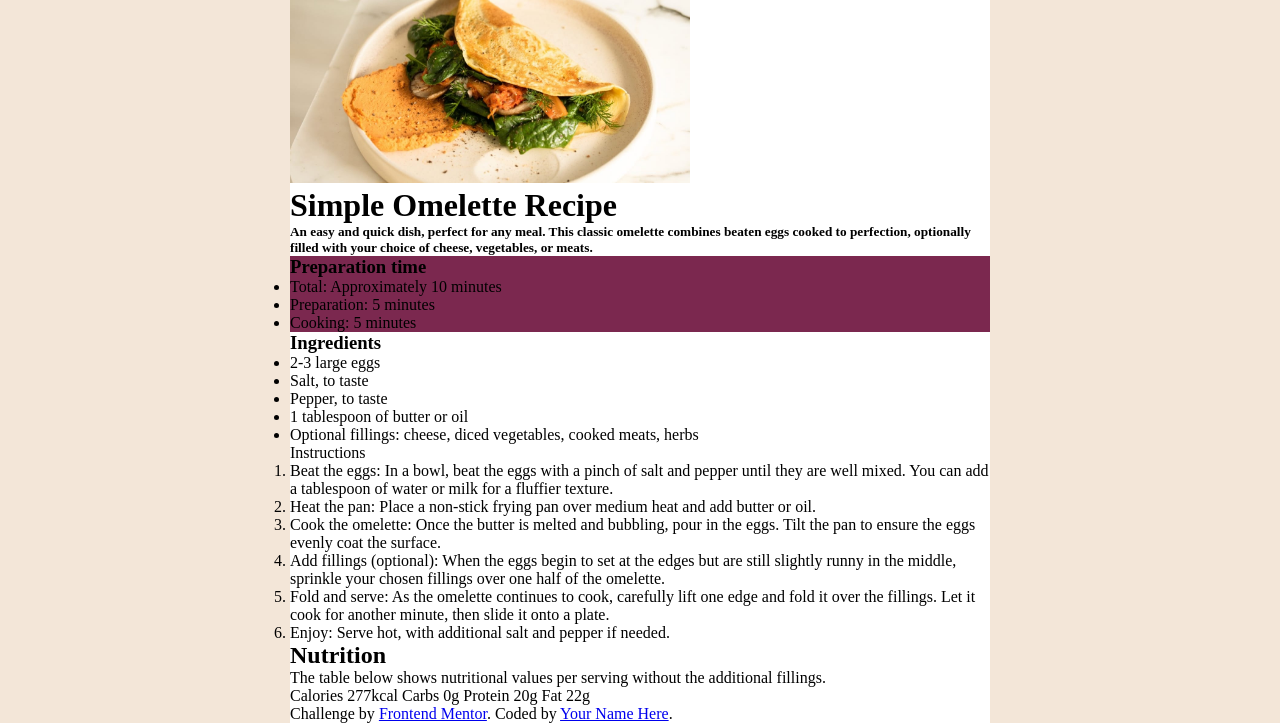
Repository: sodmaq/recipe-page-
Page: index.html
These files come from the project's save history. The page is drawn as it stood at one moment and after the next save; the edit follows.
The browser window is 1280 px wide. The pictures show the whole page.

Above is the page before, as saved 2024-09-07 19:01:24.

### index.html
<!DOCTYPE html>
<html lang="en">
  <head>
    <meta charset="UTF-8" />
    <meta name="viewport" content="width=device-width, initial-scale=1.0" />
    <!-- displays site properly based on user's device -->
    <link rel="stylesheet" href="style.css" />

    <link
      rel="icon"
      type="image/png"
      sizes="32x32"
      href="./assets/images/favicon-32x32.png"
    />

    <title>Frontend Mentor | Recipe page</title>

    <!-- Feel free to remove these styles or customise in your own stylesheet 👍 -->
    <!-- <style>
      .attribution {
        font-size: 11px;
        text-align: center;
      }
      .attribution a {
        color: hsl(228, 45%, 44%);
      }
    </style> -->
  </head>
  <body>
    <div class="container">
      <header>
        <img src="/assets/images/image-omelette.jpeg" alt="" />
        <h1>Simple Omelette Recipe</h1>
        <h5>
          An easy and quick dish, perfect for any meal. This classic omelette
          combines beaten eggs cooked to perfection, optionally filled with your
          choice of cheese, vegetables, or meats.
        </h5>
      </header>
      <article>
        <div class="preparation">
          <h3 id="text">Preparation time</h3>
          <ul>
            <li>Total: Approximately 10 minutes</li>
            <li>Preparation: 5 minutes</li>
            <li>Cooking: 5 minutes</li>
          </ul>
        </div>
        <h3>Ingredients</h3>
        <ul>
          <li>2-3 large eggs</li>
          <li>Salt, to taste</li>
          <li>Pepper, to taste</li>
          <li>1 tablespoon of butter or oil</li>
          <li>
            Optional fillings: cheese, diced vegetables, cooked meats, herbs
          </li>
        </ul>
        <p>Instructions</p>

        <ol>
          <li>
            Beat the eggs: In a bowl, beat the eggs with a pinch of salt and
            pepper until they are well mixed. You can add a tablespoon of water
            or milk for a fluffier texture.
          </li>
          <li>
            Heat the pan: Place a non-stick frying pan over medium heat and add
            butter or oil.
          </li>
          <li>
            Cook the omelette: Once the butter is melted and bubbling, pour in
            the eggs. Tilt the pan to ensure the eggs evenly coat the surface.
          </li>
          <li>
            Add fillings (optional): When the eggs begin to set at the edges but
            are still slightly runny in the middle, sprinkle your chosen
            fillings over one half of the omelette.
          </li>
          <li>
            Fold and serve: As the omelette continues to cook, carefully lift
            one edge and fold it over the fillings. Let it cook for another
            minute, then slide it onto a plate.
          </li>
          <li>Enjoy: Serve hot, with additional salt and pepper if needed.</li>
        </ol>

        <h1>Nutrition</h1>
        <p>
          The table below shows nutritional values per serving without the
          additional fillings.
        </p>

        Calories 277kcal Carbs 0g Protein 20g Fat 22g
      </article>

      <div class="attribution">
        Challenge by
        <a href="https://www.frontendmentor.io?ref=challenge" target="_blank"
          >Frontend Mentor</a
        >. Coded by <a href="#">Your Name Here</a>.
      </div>
    </div>
  </body>
</html>

### style.css
* {
  margin: 0;
  padding: 0;
  box-sizing: border-box;
}

body {
  background-color: hsl(30, 54%, 90%);
}
.container {
  width: 700px;
  margin-left: auto;
  margin-right: auto;
  background-color: hsl(0, 0%, 100%);
}
img {
  width: 400px;
}
.preparation {
  background-color: hsl(332, 51%, 32%);
}

After the next save:
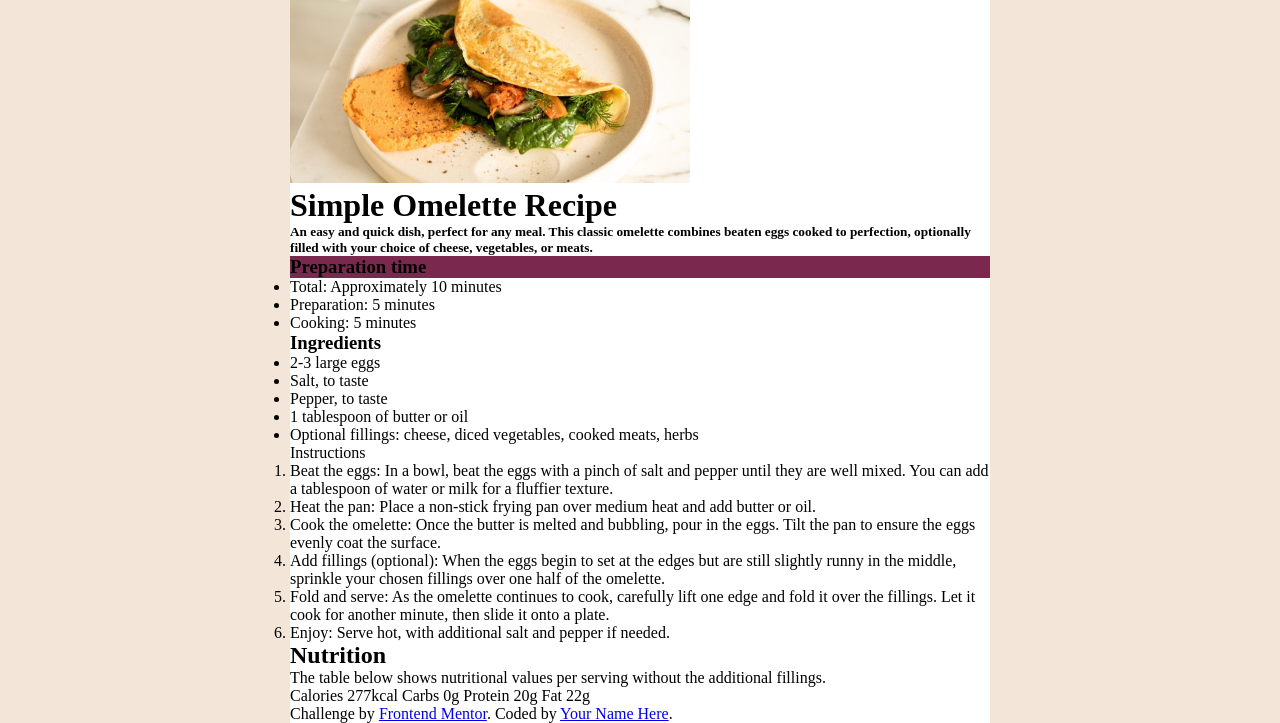
Saved 23 s later.
--- a/style.css
+++ b/style.css
@@ -17,5 +17,7 @@ img {
   width: 400px;
 }
 .preparation {
+}
+#text {
   background-color: hsl(332, 51%, 32%);
 }
